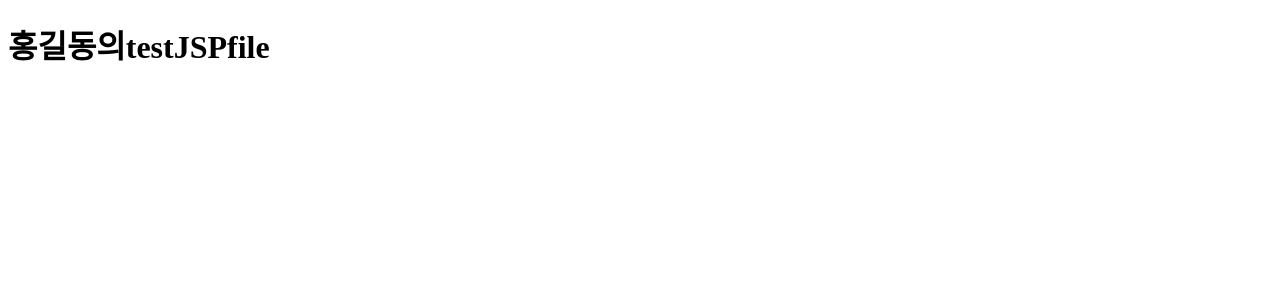
Repository: papepopopy/javascript
Page: http://localhost/webjsp/HelloJSP.jsp
An editor plug-in stored every save of this project. The page is shown before and after the next save, followed by the edit.
The browser window is 1280 px wide. The pictures show the whole page.
The page is served by Tomcat 9. Nobody is signed in. The application's start-up code is not run. Other server files are loaded and not shown.

Above is the page before, as saved 2024-06-25 06:52:52.

### jspStudy/jspStudy/webjsp/src/main/webapp/HelloJSP.jsp
<%@ page language="java" contentType="text/html; charset=UTF-8"
    pageEncoding="UTF-8"%>
    <%!
    String str1 = "JSP";
    String name = "홍길동";
    %>
<!DOCTYPE html>
<html>
<head>
<meta charset="UTF-8">
<title>Hello JSP</title>
</head>
<body>
	<h1><%= name %>의test<%= str1 %>file</h1>
</body>
</html>

After the next save:
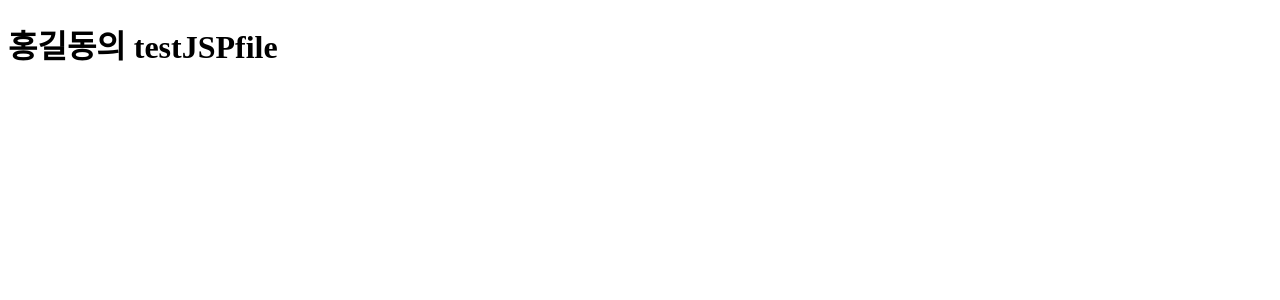
Saved 1 s later.
--- a/jspStudy/jspStudy/webjsp/src/main/webapp/HelloJSP.jsp
+++ b/jspStudy/jspStudy/webjsp/src/main/webapp/HelloJSP.jsp
@@ -11,6 +11,6 @@
 <title>Hello JSP</title>
 </head>
 <body>
-	<h1><%= name %>의test<%= str1 %>file</h1>
+	<h1><%= name %>의 test<%= str1 %>file</h1>
 </body>
 </html>
